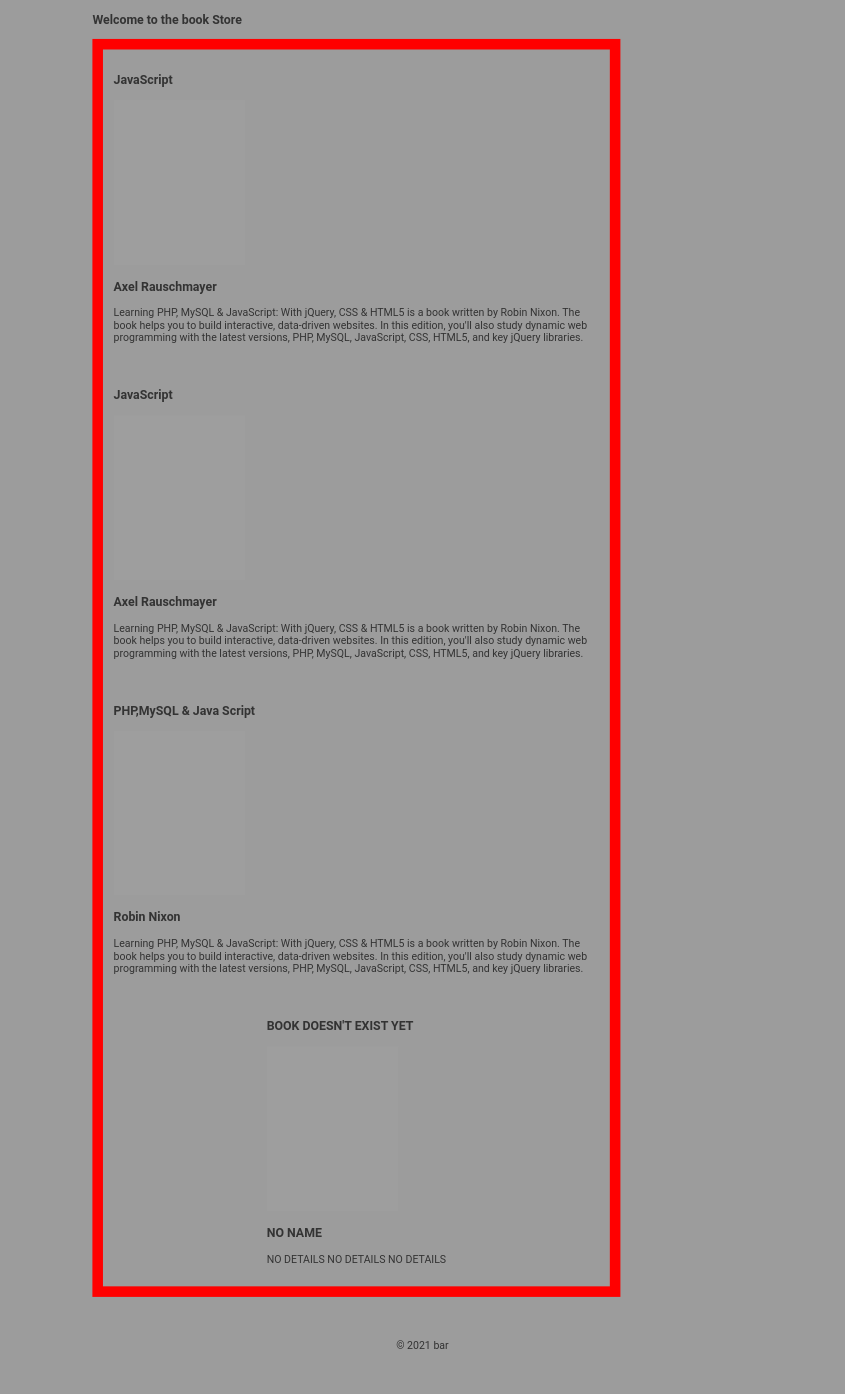
Repository: Axe33ile/React_JS
Page: / (app in book/)
The author's editor kept a copy of each file at every save. The page is drawn from the files as they stood at one save, then again after a run of saves.
The browser window is 1280 px wide. The pictures show the whole page, at 66% of full size.
Pictures or frames that could not be fetched are drawn as grey boxes. The project was rebuilt for these pictures with package versions that can differ from the ones it lists, and the page was loaded fresh each time.

Above is the page before, as saved 2021-04-24 00:33:04.

After the next 3 saves:
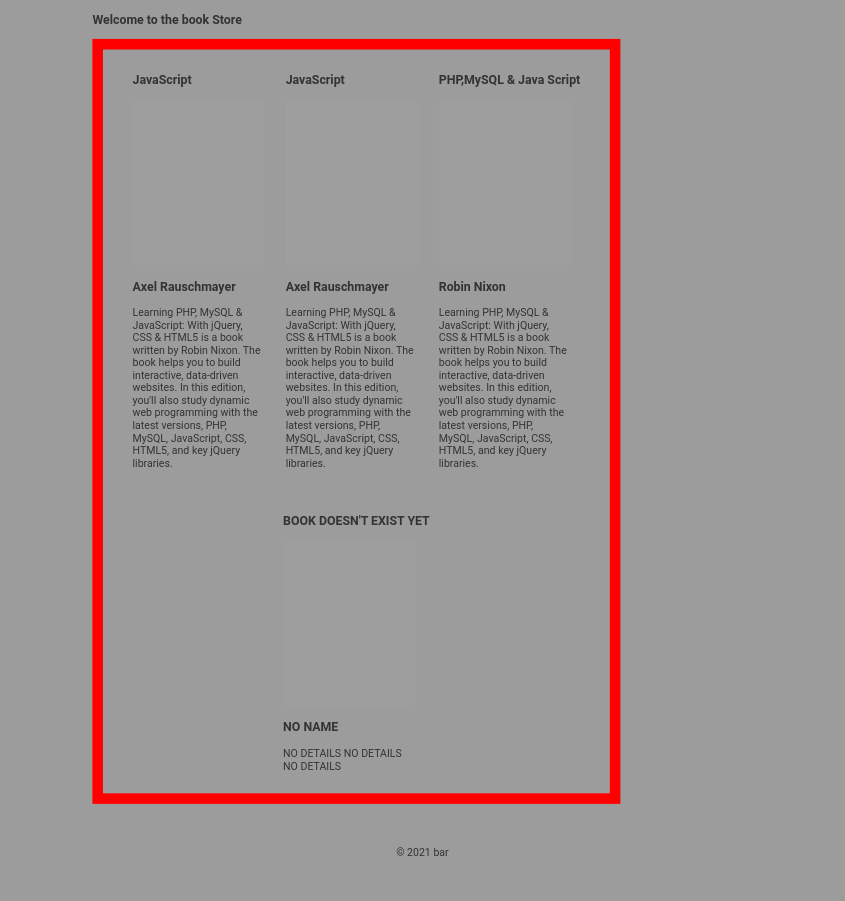
The 3 saves are shown as one change because they came seconds apart.
The last was saved 9 s later.
--- a/book/src/index.css
+++ b/book/src/index.css
@@ -55,7 +55,7 @@ footer {
 }
 
 .book-details{
-  max-width: 800px;
+  width: 200px;
 
 }
 
